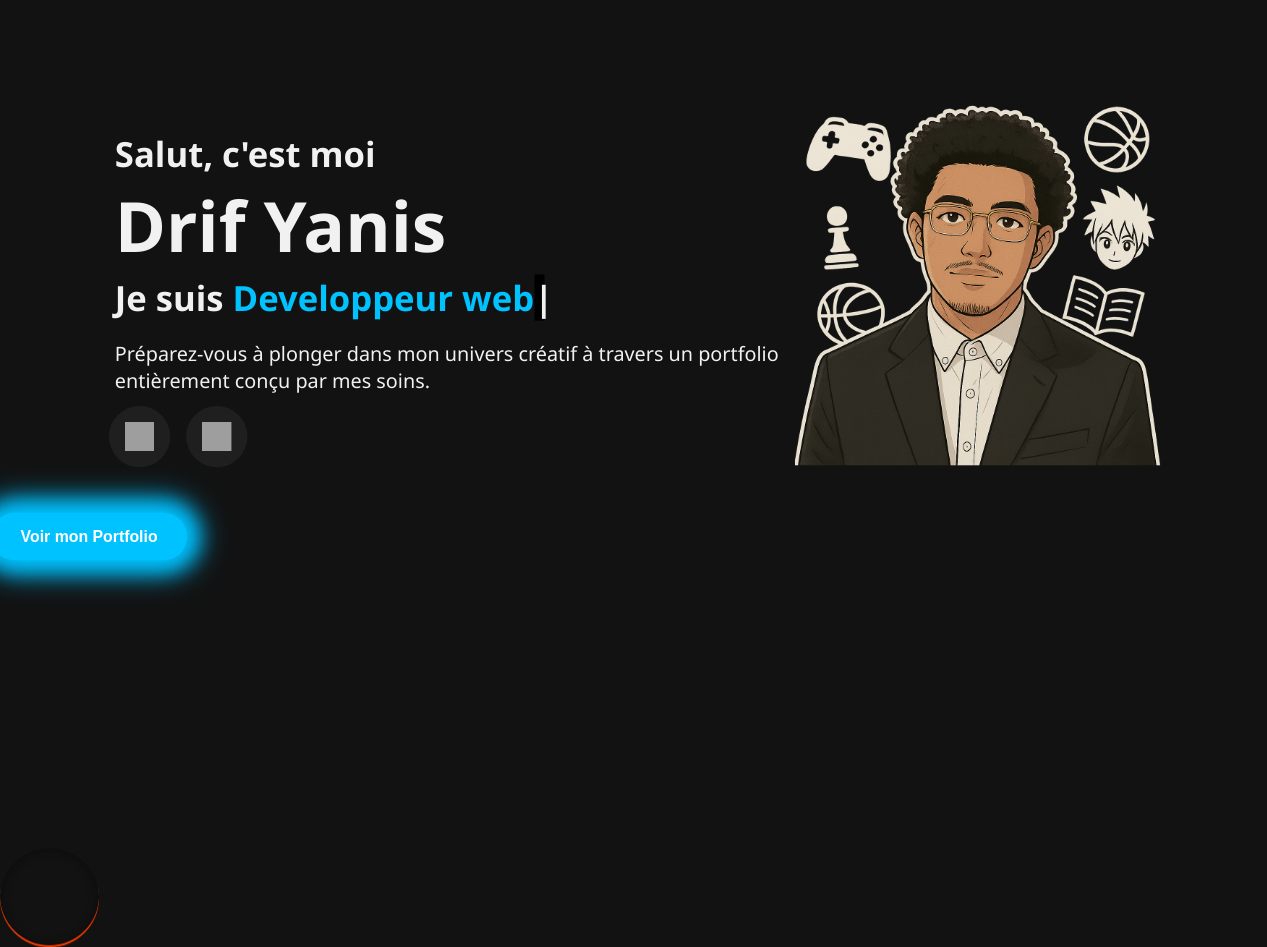
Repository: Yxniiss/ProjetCssAvance
Page: OneDrive/Bureau/Portfolio DrifYanis/index.html
These files come from the project's save history. The page is drawn as it stood at one moment and after the next save; the edit follows.
The browser window is 1280 px wide. The pictures show the whole page, at 99% of full size.
Pictures or frames that could not be fetched are drawn as grey boxes.

Above is the page before, as saved 2025-04-10 09:16:58.

After the next save:
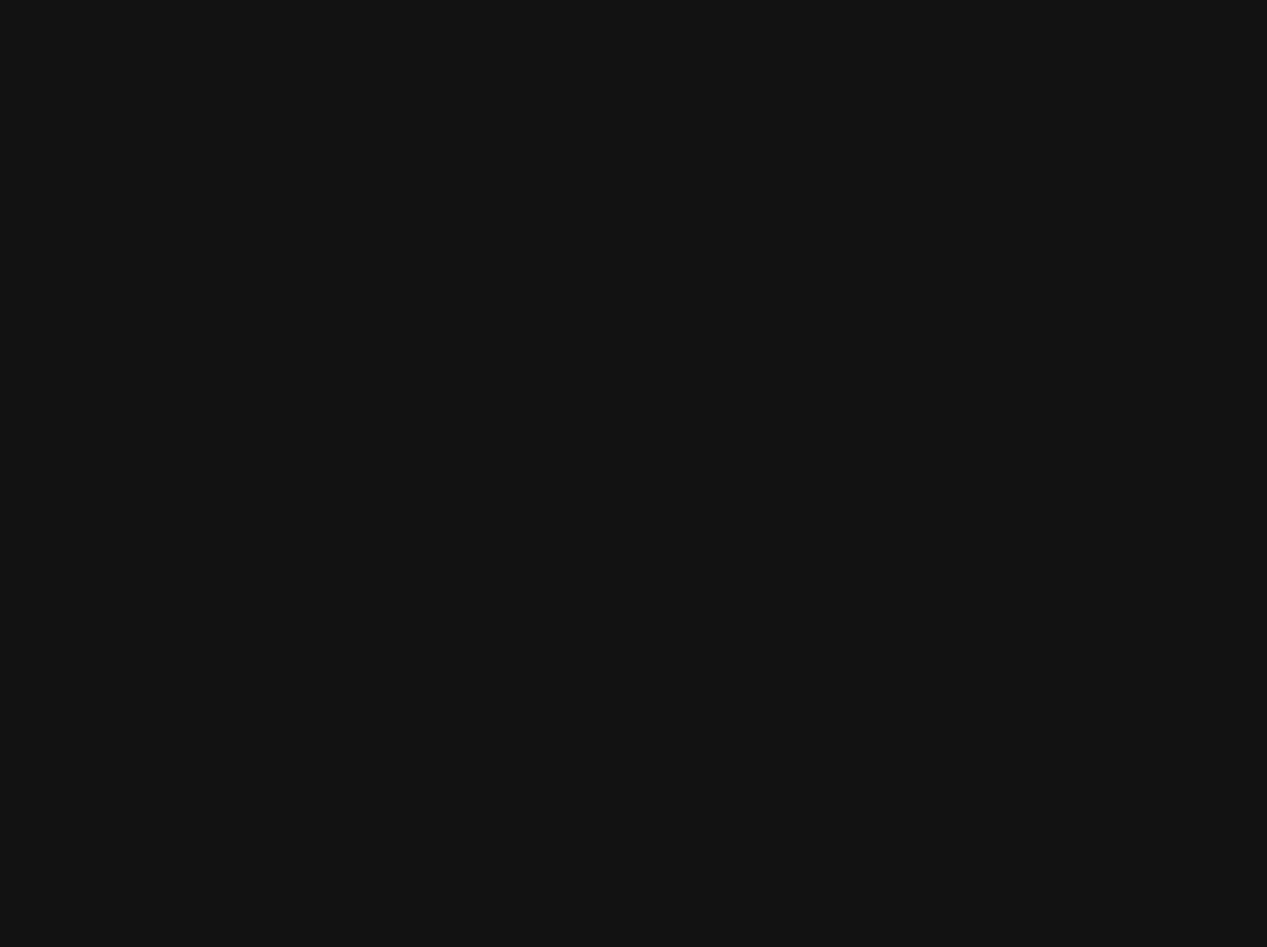
Saved 39 s later.
--- a/OneDrive/Bureau/Portfolio DrifYanis/script.js
+++ b/OneDrive/Bureau/Portfolio DrifYanis/script.js
@@ -66,21 +66,3 @@ document.addEventListener('DOMContentLoaded', () => {
     commencerTypingAnimation();
   }
   commencerTypingAnimation();
-
-  window.addEventListener('load', function () {
-    document.body.classList.add('loaded');
-  });
-
-  // Bouton vers /home.html avec loader
-  const button = document.getElementById('modern-button');
-  const loader = document.getElementById('loader');
-
-  if (button && loader) {
-    button.addEventListener('click', function () {
-      loader.classList.remove('loaded');
-
-      setTimeout(function () {
-        window.location.href = '/home.html';
-      }, 5000);
-    });
-  }

After the save that followed:
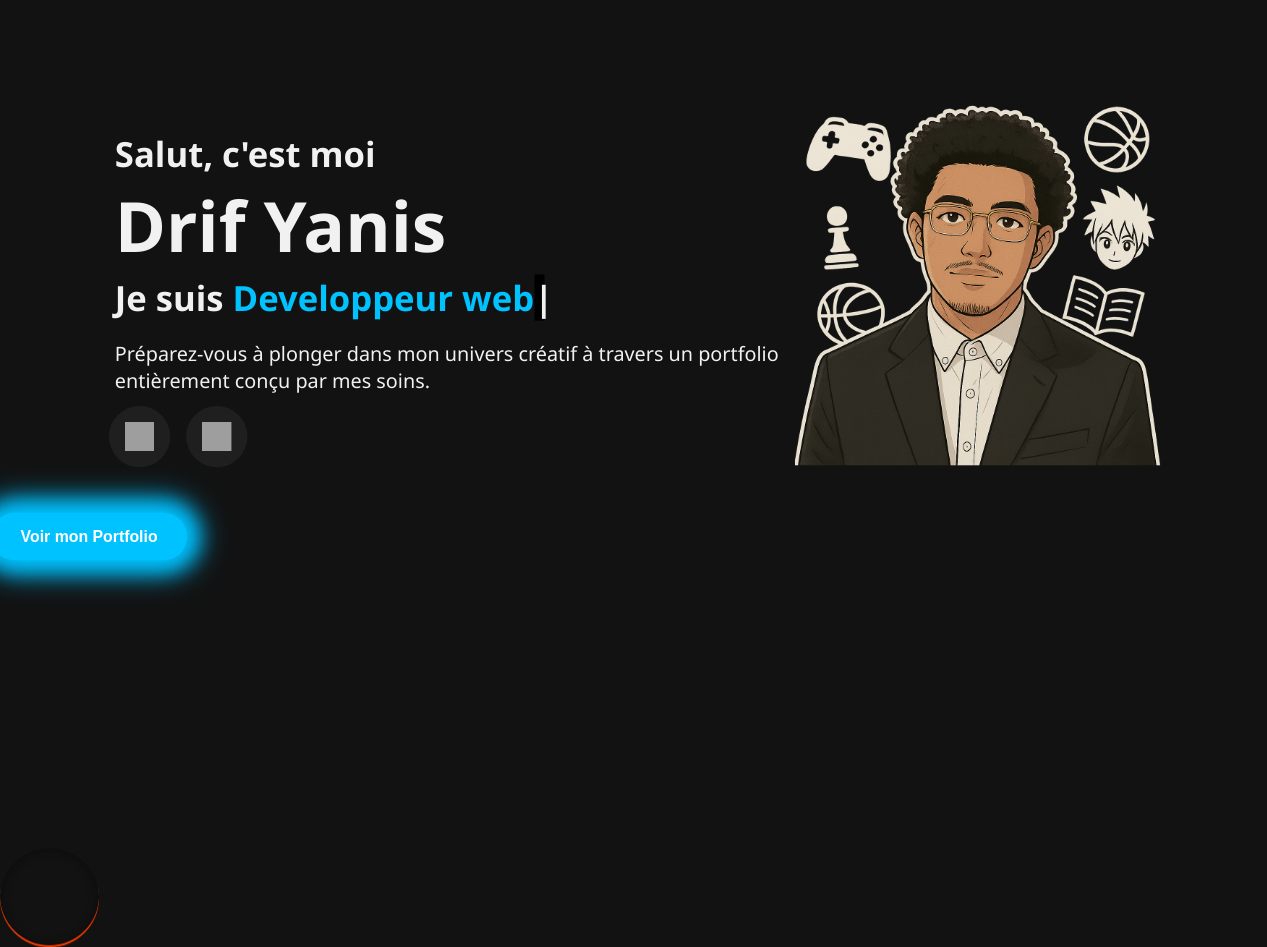
Saved 26 s later.
--- a/OneDrive/Bureau/Portfolio DrifYanis/script.js
+++ b/OneDrive/Bureau/Portfolio DrifYanis/script.js
@@ -66,3 +66,21 @@ document.addEventListener('DOMContentLoaded', () => {
     commencerTypingAnimation();
   }
   commencerTypingAnimation();
+
+  window.addEventListener('load', function () {
+    document.body.classList.add('loaded');
+  });
+
+  // Bouton vers /home.html avec loader
+  const button = document.getElementById('modern-button');
+  const loader = document.getElementById('loader');
+
+  if (button && loader) {
+    button.addEventListener('click', function () {
+      loader.classList.remove('loaded');
+
+      setTimeout(function () {
+        window.location.href = '/home.html';
+      }, 5000);
+    });
+  }
